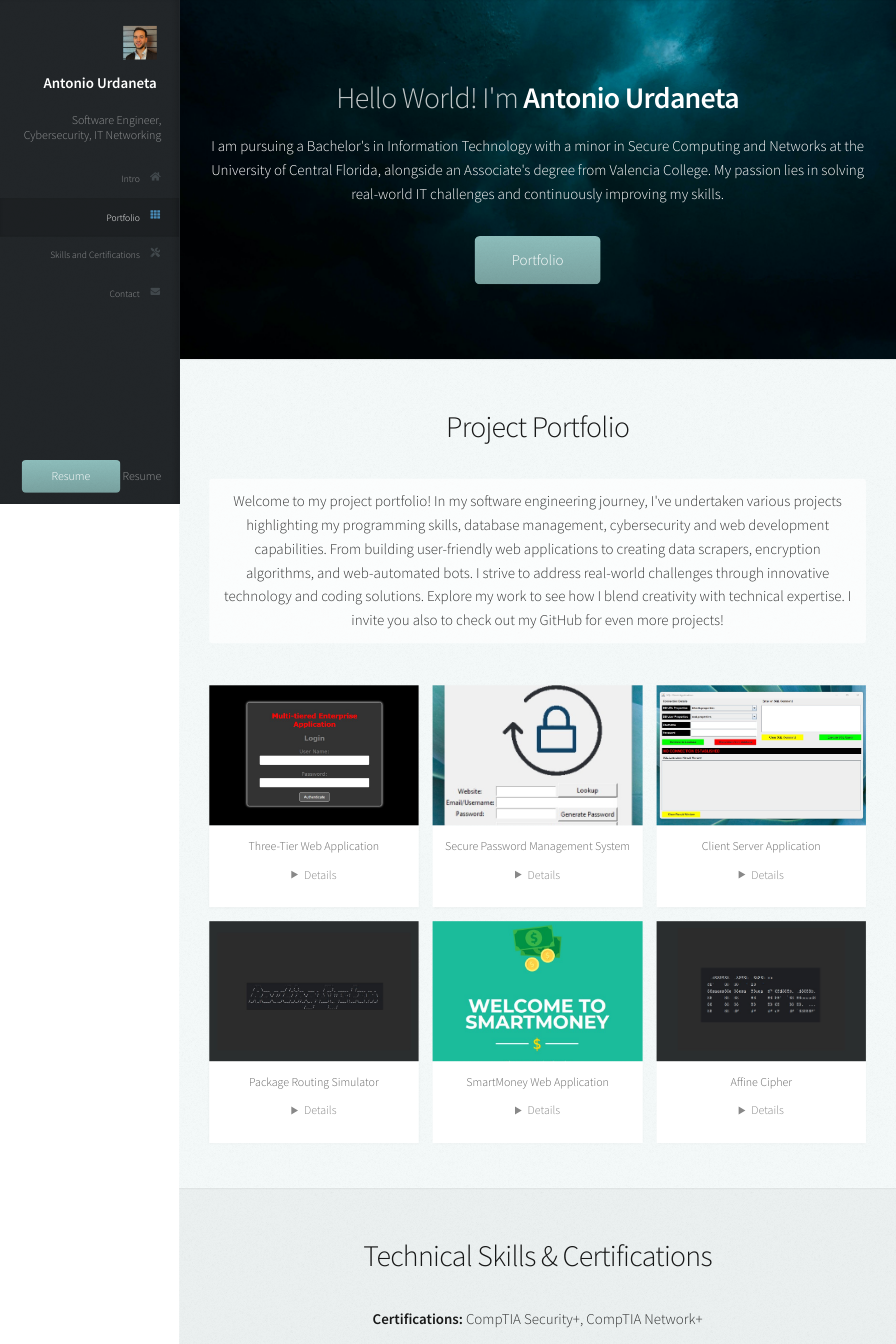
Repository: aaurdanet/Portfolio
Page: index.html
The author's editor kept a copy of each file at every save. The page is drawn from the files as they stood at one save, then again after the next save.
The browser window is 1280 px wide. The pictures show the part of the page from y = 0 to 1920 px (the page is 2630 px tall), at 70% of full size.

Above is the page before, as saved 2024-10-27 14:36:20.

### index.html
<!DOCTYPE HTML>
<html>
	<head>
		<title>Antonio Urdaneta Portfolio</title>
		<meta charset="utf-8" />
		<meta name="viewport" content="width=device-width, initial-scale=1, user-scalable=no" />
		<link rel="stylesheet" href="static/assets/css/main.css" />
		<link rel="icon" href="static/assets/css/images/aulogo.jpg">
	</head>
	<body class="is-preload">

		<!-- Header -->
			<div id="header">

				<div class="top">

					<!-- Logo -->
						<div id="logo">
							<span class="image avatar48"><img src="static/images/avatar.jpg" alt="" /></span>
							<h1 id="title">Antonio Urdaneta</h1>

						</div>
						<div id ="description">
							<p>Software Engineer, Cybersecurity, IT Networking<br> </p>
						</div>

					<!-- Nav -->
						<nav id="nav">
							<ul>
								<li><a href="#top" id="top-link"><span class="icon solid fa-home">Intro</span></a></li>
								<li><a href="#portfolio" id="portfolio-link"><span class="icon solid fa-th">Portfolio</span></a></li>
								<li><a href="#skills" id="Skills-link"><span class="icon solid fa-tools">Skills and Certifications</span></a></li>
								<li><a href="#contact" id="contact-link"><span class="icon solid fa-envelope">Contact</span></a></li>
							</ul>
						</nav>

				</div>
				<div class="bottom" id="resume">
					<!-- Social Icons -->
					<p>
						<a href="resume_index.html" class="icon" style="color: inherit;">
							<a href="resume_index.html" class="button scrolly">Resume</a>
							<span class="resume-text">Resume</span>
						</a>
					</p>
				</div>



			</div>

		<!-- Main -->
			<div id="main">

				<!-- Intro -->
					<section id="top" class="one dark cover">
						<div class="container">

							<header>
								<h2 class="alt">Hello World! I'm<strong> Antonio Urdaneta</strong></h2>
								<p style="color: white;">I am pursuing a Bachelor's in Information Technology with a minor in Secure Computing and Networks at the University of Central Florida,
									alongside an Associate's degree from Valencia College. My passion lies in solving real-world IT challenges and continuously improving my skills.
									</p>
							</header>

							<footer>
								<a href="#portfolio" class="button scrolly">Portfolio</a>
							</footer>

						</div>
					</section>


										<!-- Portfolio Section -->
						<section id="portfolio" class="two">
							<div class="container">

								<header>
									<h2>Project Portfolio</h2>
								</header>

								<p id="Portfolio_description">Welcome to my project portfolio! In my software engineering journey,
									I've undertaken various projects highlighting my programming skills, database management, cybersecurity and web development capabilities.
									From building user-friendly web applications to creating data scrapers, encryption algorithms, and web-automated bots. I strive to address real-world challenges through
									innovative technology and coding solutions. Explore my work to see how I blend creativity with technical expertise. I invite you also to check out my GitHub for even more projects!</p>

								<div class="row">
									<div class="col-4 col-12-mobile">
										<article class="item">
											<a href="#" class="image fit" data-sub-images='["static/images/THREE-TIER.jpg", "static/images/THREE-TIER1.jpg", "static/images/THREE-TIER2.jpg", "static/images/THREE-TIER3.jpg", "static/images/THREE-TIER4.jpg", "static/images/THREE-TIER5.jpg"]' >
												<img src="static/images/THREE-TIER.jpg" alt="MYSQL THREE-TIER WEBAPP images" style="width: 100%; height: 200px; object-fit: cover;" />
											</a>
											<header>
												<h3 class="project-title">Three-Tier Web Application</h3>
												<details style="margin: 10px;">
													<summary style="transition: all 0.3s ease; cursor: pointer; box-shadow: 0 0 0 rgba(0,0,0,0); transition: box-shadow 0.3s ease-in-out;" onmouseover="this.style.boxShadow='0 5px 15px rgba(0,0,0,0.3)';" onmouseout="this.style.boxShadow='0 0 0 rgba(0,0,0,0)';">Details</summary>
													<p style="text-align: left; margin: 10px;"><strong>Description:</strong> This Project showcases various techniques in building distributed web-based applications. The application uses Java Servlets and JSP technology, running on a Tomcat server, to access and maintain a persistent SQL Server Management Studio database via JDBC.</p>
													<p style="text-align: left; margin: 10px;"><strong>Tech Stack:</strong> SSMS, SQL, Java, JavaScript, jquery, HTML, CSS, Jakarta EE, XML, Apache Tomcat Server</p>
												</details>
											</header>
										</article>
										<article class="item">
											<a href="#" class="image fit" data-sub-images='["static/images/Routing1.jpg", "static/images/Routing2.jpg", "static/images/Routing3.jpg", "static/images/Routing4.jpg", "static/images/Routing5.jpg"]' >
												<img src="static/images/Routing.jpg" alt="Package Routing Simulator images" style="width: 100%; height: 200px; object-fit: cover;" />
											</a>
											<header>
												<h3 class="project-title">Package Routing Simulator</h3>
												<details style="margin: 10px;">
													<summary style="transition: all 0.3s ease; cursor: pointer; box-shadow: 0 0 0 rgba(0,0,0,0); transition: box-shadow 0.3s ease-in-out;" onmouseover="this.style.boxShadow='0 5px 15px rgba(0,0,0,0.3)';" onmouseout="this.style.boxShadow='0 0 0 rgba(0,0,0,0)';">Details</summary>
													<p style="text-align: left; margin: 10px;"><strong>Description:</strong> This project simulates an automated package routing system using multi-threaded Java programming, focusing on efficiently managing and synchronizing threads across stations and conveyors with optimized algorithms.</p>
													<p style="text-align: left; margin: 10px;"><strong>Tech Stack:</strong> Java (Multithreading, Concurrency, J2SE, J2EE)</p>
												</details>
											</header>
										</article>
									</div>
									<div class="col-4 col-12-mobile">
										<article class="item">
											<a href="#" class="image fit" data-sub-images='["static/images/Password.jpg", "static/images/Password1.jpg", "static/images/Password2.jpg", "static/images/Password3.jpg"]' data-description="Technologies used: Python, SQLite, Tkinter">
												<img src="static/images/Password.jpg" alt="Secure Password Management System images" style="width: 100%; height: 200px; object-fit: cover;" />
											</a>
											<header>
												<h3 class="project-title">Secure Password Management System</h3>
												<details style="margin: 10px;">
													<summary style="transition: all 0.3s ease; cursor: pointer; box-shadow: 0 0 0 rgba(0,0,0,0); transition: box-shadow 0.3s ease-in-out;" onmouseover="this.style.boxShadow='0 5px 15px rgba(0,0,0,0.3)';" onmouseout="this.style.boxShadow='0 0 0 rgba(0,0,0,0)';">Details</summary>
													<p style="text-align: left; margin: 10px;"><strong>Description:</strong> Developed a password manager adhering to NIST standards, with secure JSON storage for credentials and URL-based retrieval for enhanced security and usability.</p>
													<p style="text-align: left; margin: 10px;"><strong>Tech Stack:</strong> Python, Tkinter, JSON</p>
												</details>
											</header>
										</article>
										<article class="item">
											<a href="#" class="image fit" data-sub-images='["static/images/Money1.jpg", "static/images/Money2.jpg", "static/images/Money33.jpg", "static/images/Money3.jpg", "static/images/Money4.jpg", "static/images/Money5.jpg", "static/images/Money6.jpg", "static/images/Money7.jpg", "static/images/Money8.jpg", "static/images/Money9.jpg", "static/images/Money10.jpg", "static/images/Money11.jpg", "static/images/Money12.jpg"]'>
												<img src="static/images/Money.jpg" alt="Financial Management Web Application images" style="width: 100%; height: 200px; object-fit: cover;" />
											</a>
											<header>
												<h3 class="project-title">SmartMoney Web Application</h3>
												<details style="margin: 10px;">
													<summary style="transition: all 0.3s ease; cursor: pointer; box-shadow: 0 0 0 rgba(0,0,0,0); transition: box-shadow 0.3s ease-in-out;" onmouseover="this.style.boxShadow='0 5px 15px rgba(0,0,0,0.3)';" onmouseout="this.style.boxShadow='0 0 0 rgba(0,0,0,0)';">Details</summary>
													<p style="text-align: left; margin: 10px;"><strong>Description:</strong> A comprehensive web application for managing personal finances, including budgeting, expense tracking, and goal setting. It features tools for interest savings, loan payments, and personalized budgeting based on user feedback. The app also integrates an AI assistant and a finance glossary to enhance user understanding, ensuring a seamless financial management experience.
														 <a href="https://www.youtube.com/watch?v=6dP4LYqnzZg&t=7s">View the final prototype here</a>.</p>
													<p style="text-align: left; margin: 10px;"><strong>Tech Stack:</strong> HTML, CSS, JavaScript, OpenAI API (ChatGPT)</p>
												</details>
											</header>
										</article>
									</div>
									<div class="col-4 col-12-mobile">
										<article class="item">
											<a href="#" class="image fit" data-sub-images='["static/images/TWO-TIER.jpg", "static/images/TWO-TIER1.jpg", "static/images/TWO-TIER2.jpg", "static/images/TWO-TIER3.jpg", "static/images/TWO-TIER4.jpg", "static/images/TWO-TIER5.jpg", "static/images/TWO-TIER6.jpg"]' data-description="Technologies used: Java, SQL, JDBC">
												<img src="static/images/TWO-TIER.jpg" alt="Two-Tier Database Application images" style="width: 100%; height: 200px; object-fit: cover;" />
											</a>
											<header>
												<h3 class="project-title">Client Server Application</h3>
												<details style="margin: 10px;">
													<summary style="transition: all 0.3s ease; cursor: pointer; box-shadow: 0 0 0 rgba(0,0,0,0); transition: box-shadow 0.3s ease-in-out;" onmouseover="this.style.boxShadow='0 5px 15px rgba(0,0,0,0.3)';" onmouseout="this.style.boxShadow='0 0 0 rgba(0,0,0,0)';">Details</summary>
													<p style="text-align: left; margin: 10px;"><strong>Description:</strong> An intuitive Java application that enables secure execution of SQL commands on MySQL databases via JDBC. It supports role-based access control and efficient query management for streamlined database operations.
														 Additionally, it includes a specialized application for accountants that logs transaction data for each user in a separate database.</p>
													<p style="text-align: left; margin: 10px;"><strong>Tech Stack:</strong> Java, SQL, JDBC</p>
												</details>
											</header>
										</article>
										<article class="item">
											<a href="#" class="image fit" data-sub-images='["static/images/Affine1.jpg", "static/images/Affine2.jpg", "static/images/Affine3.jpg"]' data-description="Technologies used: Python, Cryptography">
												<img src="static/images/Affine.jpg" alt="Affine Cipher Encryptor & Decryptor images" style="width: 100%; height: 200px; object-fit: cover;" />
											</a>
											<header>
												<h3 class="project-title">Affine Cipher </h3>
												<details style="margin: 10px;">
													<summary style="transition: all 0.3s ease; cursor: pointer; box-shadow: 0 0 0 rgba(0,0,0,0); transition: box-shadow 0.3s ease-in-out;" onmouseover="this.style.boxShadow='0 5px 15px rgba(0,0,0,0.3)';" onmouseout="this.style.boxShadow='0 0 0 rgba(0,0,0,0)';">Details</summary>
													<p style="text-align: left; margin: 10px;"><strong>Description:</strong> This Python script implements an Affine Cipher, a type of substitution cipher that uses a mathematical function to encrypt and decrypt text. The script also includes a brute-force method to decode ciphertext when the keys are unknown.</p>
													<p style="text-align: left; margin: 10px;"><strong>Tech Stack:</strong> Python</p>
												</details>
											</header>
										</article>
									</div>
								</div>
							</div>
						</section>

				<!-- Skills -->
				<section id="skills" class="three">
					<div class="container">
						<header>
							<h2>Technical Skills & Certifications</h2>
						</header>
						<p><strong>Certifications:</strong> CompTIA Security+, CompTIA Network+</p>
						<p><strong>Programming:</strong> Python, Java, C++, C, C#, MySQL Server, SSMS, PostgreSQL, JavaScript, HTML, CSS, Assembly</p>
						<p><strong>Technologies:</strong> Selenium, Pandas, Flask, Jinja, Django, RESTful API, NumPy, BeautifulSoup, BootStrap, JSP, XML, JSON, GitHub, Git, Android Studio, Linux, VMs, Active Directory, Microsoft Office</p>
						<p><strong>Coursework:</strong> Advanced Java Programming, Databases Management, Data Structures and Algorithms, Computer Science, C programming, Enterprise Computing, Web Development, UX\UI design, System Administration, Secure Operating Systems, Network Security and Privacy, Cyber Defense Analysis, Cryptography and Information Security</p>
						<p><strong>Languages:</strong> English (Fluent), Spanish (Native)</p>
					</div>
				</section>


				<!-- Contact -->

					<section id="contact" class="four">
						<div class="container">
							<div class="bottom">
							<ul class="icons">
								<li><a href="tel:+17737079720" class="icon solid fa-phone"><span class="label">Twitter</span></a></li>
								<li><a href="https://github.com/aaurdanet" class="icon brands fa-github"><span class="label">Github</span></a></li>
								<li><a href="https://www.linkedin.com/in/antoniourdaneta/" class="icon brands fa-linkedin"><span class="label">Dribbble</span></a></li>
								<li><a href="mailto:antonioaurdanet@gmail.com" class="icon solid fa-envelope"><span class="label">Email</span></a></li>
							</ul>
						</div>

			</div>

<!-- Lightbox Container -->
<div id="lightbox" class="lightbox">
    <button id="prev" class="lightbox-nav">&lt;</button>
    <img id="lightbox-img" src="" alt="Enlarged Image" />
    <button id="next" class="lightbox-nav">&gt;</button>
</div>

<!-- Footer -->


<!-- Scripts -->
<script src="static/assets/js/jquery.min.js"></script>
<script src="static/assets/js/jquery.scrolly.min.js"></script>
<script src="static/assets/js/jquery.scrollex.min.js"></script>
<script src="static/assets/js/browser.min.js"></script>
<script src="static/assets/js/breakpoints.min.js"></script>
<script src="static/assets/js/util.js"></script>
<script src="static/assets/js/main.js"></script>
<script src="static/assets/js/imgs.js"></script>


<!-- Lightbox Structure -->
<div id="lightbox" style="display:none;">
    <img id="lightbox-img" src="" alt=""/>
    <div id="lightbox-description"></div>
    <button id="prev">Prev</button>
    <button id="next">Next</button>
</div>


</script>
</body>
</html>

Loaded but not shown: static/assets/css/fontawesome-all.min.css (library); static/assets/js/jquery.min.js (library); static/assets/js/jquery.scrolly.min.js (common file); static/assets/js/jquery.scrollex.min.js (common file); static/assets/js/browser.min.js (common file); static/assets/js/breakpoints.min.js (common file); static/assets/js/util.js (587 lines, source omitted); static/assets/js/main.js (123 lines, source omitted); static/assets/js/imgs.js (45 lines, source omitted); static/assets/css/main.css (2781 lines, source omitted)

After the next save:
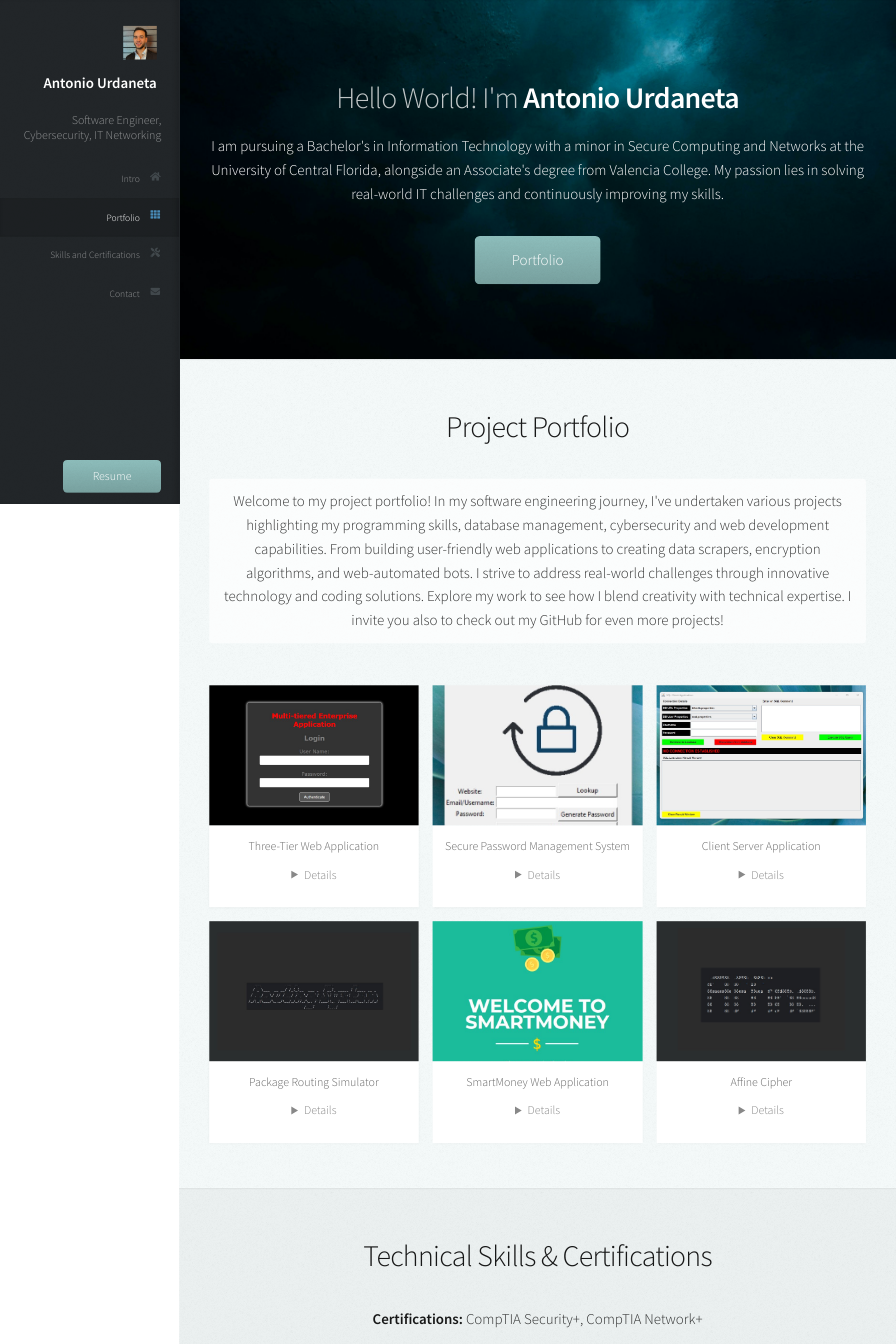
Saved 5 s later.
--- a/index.html
+++ b/index.html
@@ -40,7 +40,7 @@
 					<p>
 						<a href="resume_index.html" class="icon" style="color: inherit;">
 							<a href="resume_index.html" class="button scrolly">Resume</a>
-							<span class="resume-text">Resume</span>
+
 						</a>
 					</p>
 				</div>
